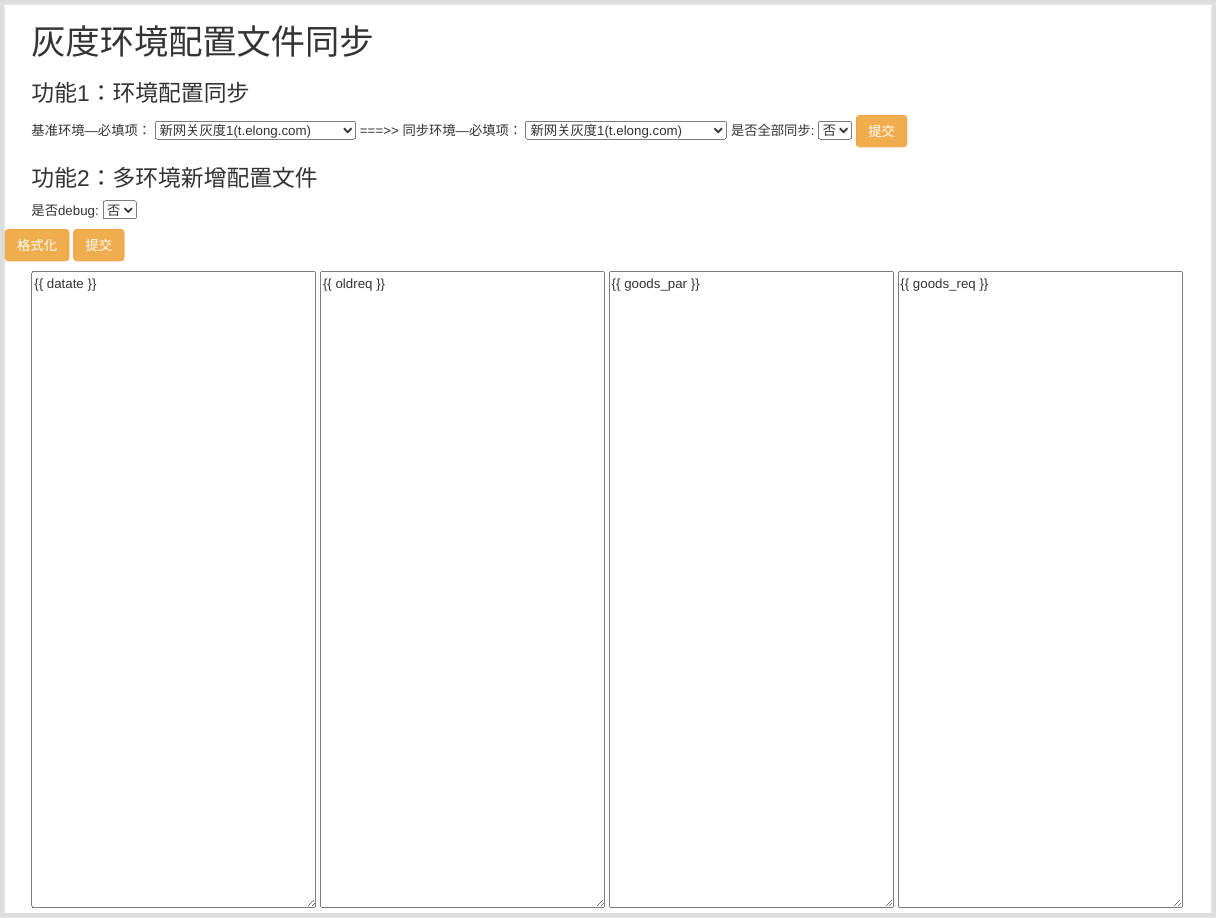
Repository: wangyanqing666/study
Page: other.html
These files come from the project's save history. The page is drawn as it stood at one moment and after the next save; the edit follows.
The browser window is 1280 px wide. The pictures show the whole page, at 95% of full size.

Above is the page before, as saved 2020-09-28 14:16:46.

### other.html

<!DOCTYPE html>
<html lang="en">

<head>
    <meta charset="UTF-8">
    <meta name="viewport" content="width=device-width, initial-scale=1.0">
    <title>Document</title>
    <!-- 最新版本的 Bootstrap 核心 CSS 文件 -->
    <link rel="stylesheet" href="https://cdn.jsdelivr.net/npm/bootstrap@3.3.7/dist/css/bootstrap.min.css"
        integrity="sha384-BVYiiSIFeK1dGmJRAkycuHAHRg32OmUcww7on3RYdg4Va+PmSTsz/K68vbdEjh4u" crossorigin="anonymous">
    <script src="https://cdn.bootcss.com/jquery/3.4.1/jquery.js"></script>
    <style type="text/css">
        div {
            text-indent: 2em;
            /*em是相对单位，2em即现在一个字大小的两倍*/
        }
    </style>
    <script>
        function beautify() {

            $.each($('textarea'), function (i, n) {
                $(this).css({ 'border-color': "" });

                jsonStr = $(this).val();
                var input;
                try {
                    if (jsonStr.length == 0) {
                        return false;
                    } else if (!isJSON(jsonStr)) {
                        $(this).css({ 'border-color': "red" });


                        return alert($(this).prop('placeholder') + '您输入的内容非正规json格式，请检查后重试！');

                    }
                    input = eval('(' + jsonStr + ')');
                } catch (error) {
                    console.log(error);
                    return alert('JSON 格式化错误！');

                }

                $(this).val(JSON.stringify(input, null, 4));

            })


        };

        function isJSON(str) {
            if (typeof str === 'string') {
                try {
                    let obj = JSON.parse(str);
                    if (typeof obj === 'object' && obj) {
                        return obj;
                    } else {
                        return false;
                    }
                } catch (error) {
                    console.log(error);
                    return false;
                }
            }
        };

        $(function () {

            $('#tj1').click(function () {
                var jsonStr = $('#editor1').val();
                var env = $('#env').val();
                var debug = $('#debug').val();
                try {
                    if (jsonStr.length == 0) {
                        return false;
                    } else if (!isJSON(jsonStr)) {

                        return alert('您输入的内容非正规json格式，请检查后重试！');
                    }
                } catch (error) {
                    return alert('JSON 格式化错误！');

                }
                $('#tj1').attr("disabled", true);

                $.ajax({
                    url: '/alaskasend',
                    type: 'POST',
                    dataType: 'json',
                    contentType: 'application/json;charset=UTF-8',
                    data: JSON.stringify({ jstr: jsonStr, env: env, debug: debug }),
                    success: function (respone) {
                        $('#tj1').attr("disabled", false);


                        if (respone.erron == 0) {
                            // alert('接口请求成功')
                            $('#editor2').val(respone.oldreq)
                            $('#editor3').val(respone.goods_par)
                            $('#editor4').val(respone.goods_req)

                        } else {
                            // 请求失败
                            $('#warning1').text(respone.errmsg)
                            $('#tj1').attr("disabled", false);


                        }
                    },
                    error: function () {
                        alert('服务器超时，请重试！');
                    }
                });

            });

        });


    </script>


</head>

<body>
    <div style="border:5px solid #ddd ;text-indent:2em;">
        <h1>灰度环境配置文件同步</h1>
        <div style="text-indent:2em;">
            <h3>功能1：环境配置同步 </h3>
            <h5>
                <span>基准环境—必填项：</span>
                <select id="baseenv" name="baseenv">
                    <option value=1>新网关灰度1(t.elong.com)</option>
                    <option value=2>新网关灰度2(huidu2.vip.elong)</option>
                    <option value=3>新网关灰度3(huidu3.vip.elong)</option>
                    <option value=4>线上环境(api2011.elong.com)</option>
                </select>
                <span>===>></span>
                <span>同步环境—必填项：</span>
                <select id="synenv" name="synenv">
                    <option value=1>新网关灰度1(t.elong.com)</option>
                    <option value=2>新网关灰度2(huidu2.vip.elong)</option>
                    <option value=3>新网关灰度3(huidu3.vip.elong)</option>
                    <option value=4>线上环境(api2011.elong.com)</option>
                </select>
                <span>是否全部同步:</span>
                <select id="debug" name="debug">
                    <option value=0>否</option>
                    <option value=1>是</option>
                </select>
                <span><button type="button" class="btn btn-warning" id="tj1">提交</button></span>

            </h5>

             <h3>功能2：多环境新增配置文件 </h3>

            <h5>
                <span>是否debug:</span>
                <select id="debug" name="debug">
                    <option value="false">否</option>
                    <option value="true">是</option>
                </select>
            </h5>
            <button type="button" class="btn btn-warning" id="formatting" onclick="beautify();">格式化</button>

            <button type="button" class="btn btn-warning" id="tj1">提交</button>


            <div class="col-md-12" id="warning">
                <p><strong id="warning1"></strong></p>
            </div>

        </div>
        <div>
            <textarea class="column " style="height: 671px; width: 300px;" id="editor1" placeholder="Fiddle抓包请求"
                spellcheck="false" name="jstr">{{ datate }}</textarea>
            <textarea id="editor2" style="height: 671px; width: 300px;" class="clumn " placeholder="原始出参"
                name="jstr1">{{ oldreq }}</textarea>
            <textarea id="editor3" style="height: 671px; width: 300px;" class="clumn " placeholder="商品库出参"
                name="jstr2">{{ goods_par }}</textarea>
            <textarea id="editor4" style="height: 671px; width: 300px;" class="clumn " placeholder="商品库入参"
                name="jstr2">{{ goods_req }}</textarea>
        </div>

    </div>
</body>

</html>

After the next save:
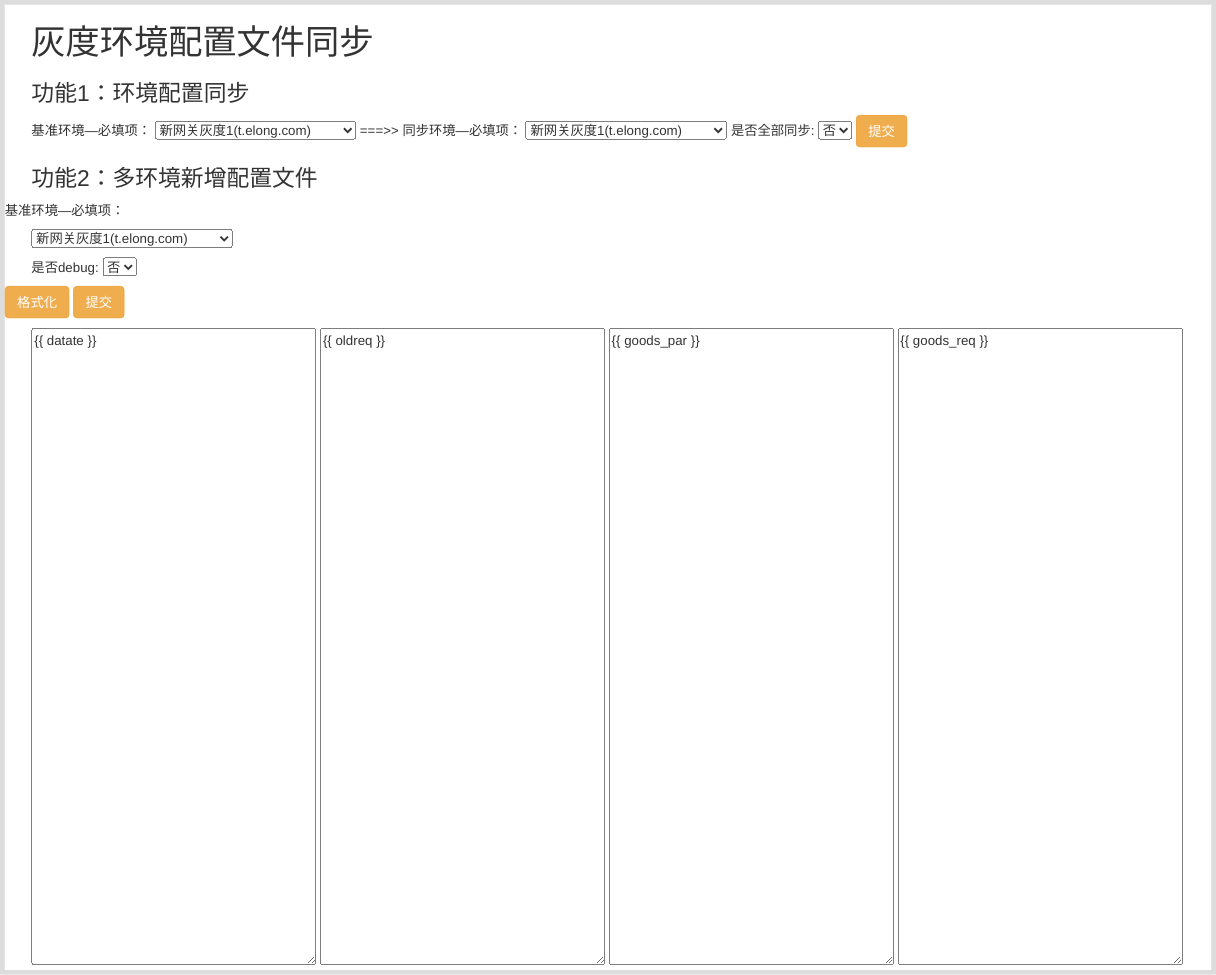
Saved 61 s later.
--- a/other.html
+++ b/other.html
@@ -153,6 +153,20 @@
             </h5>
 
              <h3>功能2：多环境新增配置文件 </h3>
+            <span>基准环境—必填项：</span>
+            <h5>
+            <select id="baseenv" name="baseenv">
+                <option value=1>新网关灰度1(t.elong.com)</option>
+                <option value=2>新网关灰度2(huidu2.vip.elong)</option>
+                <option value=3>新网关灰度3(huidu3.vip.elong)</option>
+                <option value=4>线上环境(api2011.elong.com)</option>
+            </select>
+
+            </h5>
+
+
+
+
 
             <h5>
                 <span>是否debug:</span>
